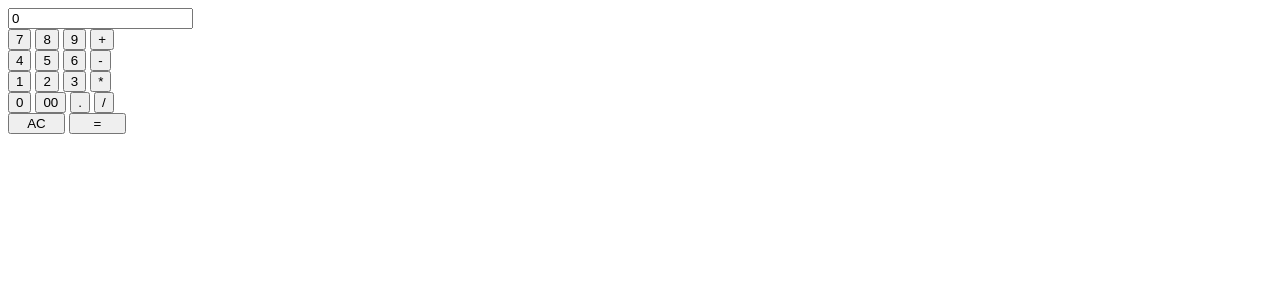
Repository: L4TEXXX/Culcration
Page: index.html
The author's editor kept a record of every edit. The page is drawn from the files as they stood at one moment, then again after the next edit.
The browser window is 1280 px wide. The pictures show the whole page.
Some web libraries are served in a nearby version.

Above is the page before.

After the next edit:
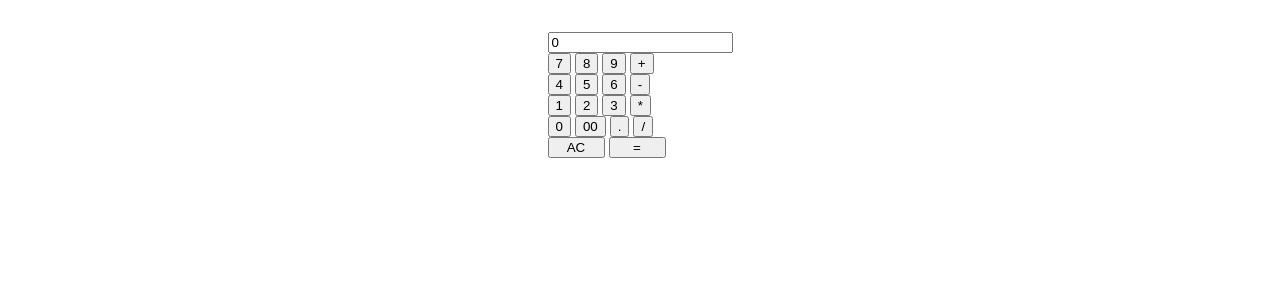
The edit:
--- a/index.html
+++ b/index.html
@@ -8,7 +8,8 @@
     </head>
 
     <body>
-       <form name="calc-form">
+    　<div class="culcrate">
+       <form name="calcForm">
          <div>
             <input type="text" value="0" name="resultLine">
          </div>
